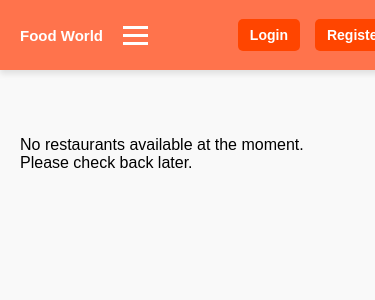
Repository: Sujith-B-S/Food-Application
Page: http://localhost/FoodApplication/home.jsp
An editor plug-in stored every save of this project. The page is shown before and after the next save, followed by the edit.
The browser window is 375 px wide. The pictures show the whole page.
Some web fonts or font styles are not loaded; a fallback is used. The page is served by Tomcat 9.

Above is the page before, as saved 2024-11-16 18:04:50.

After the next save:
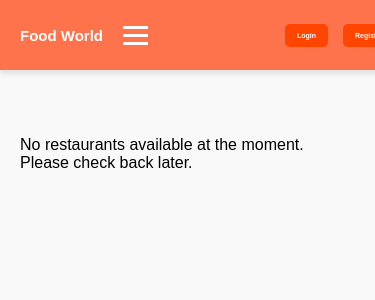
Saved 11 s later.
--- a/FoodApplication/src/main/webapp/home.jsp
+++ b/FoodApplication/src/main/webapp/home.jsp
@@ -222,7 +222,7 @@
             }
 
             .user-info a {
-                font-size: 14px;
+                font-size: 7px;
             }
         }
     </style>
